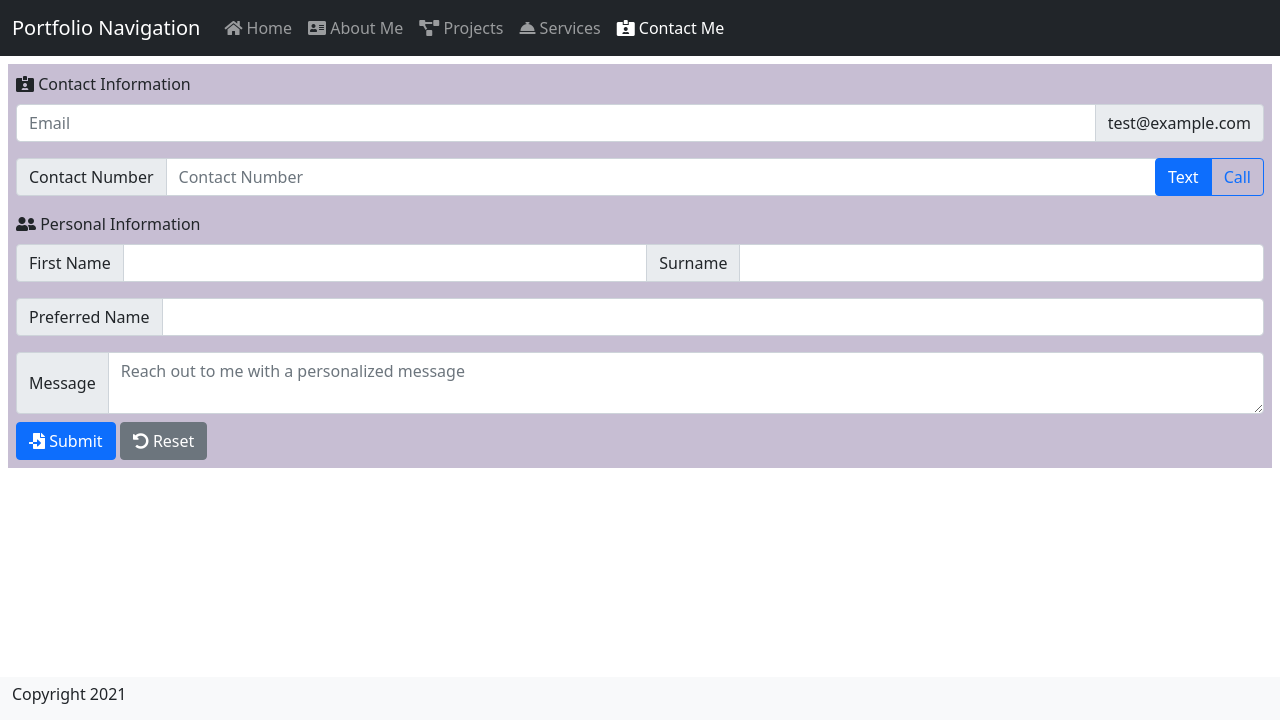
Repository: GarlicButterBoy/Portfolio
Page: contact.html
These files come from the project's save history. The page is drawn as it stood at one moment and after a run of saves; the edit follows.
The browser window is 1280 px wide. The page is 1284 px wide, so the pictures cover 1284 px, including what lies to the right of the window. The pictures show the whole page.

Above is the page before, as saved 2021-06-09 13:27:59.

### contact.html
<!DOCTYPE html>
<html lang="en">
<head>
    <meta charset="UTF-8">
    <meta http-equiv="X-UA-Compatible" content="IE=edge">
    <meta name="viewport" content="width=device-width, initial-scale=1.0">
    <title>Nick Sturch-Flint Portfolio</title>
    <link rel="stylesheet" href="./node_modules/bootstrap/dist/css/bootstrap.min.css">
    <link rel="stylesheet" href="./node_modules/@fortawesome/fontawesome-free/css/all.min.css">
    <link rel="stylesheet" href="./Content/app.css">
</head>
<body>
  <!-- Main Navigation -->
    <nav class="navbar navbar-expand-lg navbar-dark bg-dark">
        <div class="container-fluid">
          <a class="navbar-brand" href="#">Portfolio Navigation</a>
          <button class="navbar-toggler" type="button" data-bs-toggle="collapse" data-bs-target="#navbarNavAltMarkup" aria-controls="navbarNavAltMarkup" aria-expanded="false" aria-label="Toggle navigation">
            <span class="navbar-toggler-icon"></span>
          </button>
          <div class="collapse navbar-collapse" id="navbarNavAltMarkup">
            <div class="navbar-nav ml-auto">
              <a id="home" class="nav-link" aria-current="page" href="index.html"><i class="fas fa-home"></i> Home</a>
              <a id="about" class="nav-link" href="about.html"><i class="fas fa-address-card"></i> About Me</a>
              <a id="projects" class="nav-link" href="projects.html"><i class="fas fa-project-diagram"></i> Projects</a>
              <a id="services" class="nav-link" href="services.html"><i class="fas fa-concierge-bell"></i> Services</a>
              <a id="contact" class="nav-link" href="contact.html"><i class="fas fa-id-card-alt"></i> Contact Me</a>
            </div>
          </div>
        </div>
      </nav>
      <!-- End of Main Navigation -->

      <main class="containrer p-2">
        <div class="row">
          <div class="col">
            <div class="jumbotron p-2" id="contentArea">
              <label for="basic-url" class="form-label"><i class="fas fa-id-card-alt"></i> Contact Information</label>
              <div class="input-group mb-3">
                <input type="email" class="form-control" placeholder="Email" aria-label="Email" aria-describedby="basic-addon2">
                <span class="input-group-text" id="basic-addon2">test@example.com</span>
              </div>

              <div class="input-group mb-3">
                <span class="input-group-text" id="basic-addon2">Contact Number</span>
                <input type="tel" class="form-control" placeholder="Contact Number" aria-label="Contact Number" aria-describedby="basic-addon2">

                <div class="btn-group" role="group" aria-label="Basic radio toggle button group">
                  <input type="radio" class="btn-check" name="btnradio" id="btnradio1" autocomplete="off" checked>
                  <label class="btn btn-outline-primary" for="btnradio1">Text</label>

                  <input type="radio" class="btn-check" name="btnradio" id="btnradio2" autocomplete="off">
                  <label class="btn btn-outline-primary" for="btnradio2">Call</label>
                </div>

              </div>

              <label for="basic-url" class="form-label"><i class="fas fa-user-friends"></i> Personal Information</label>
              <div class="input-group mb-3">
                <span class="input-group-text" id="basic-addon3">First Name</span>
                <input type="text" class="form-control" id="basic-url" aria-describedby="basic-addon3">

                <span class="input-group-text">Surname</span>
                <input type="text" class="form-control" aria-label="Surname">
              </div>

              <div class="input-group mb-3">
                <span class="input-group-text">Preferred Name</span>
                <input type="text" class="form-control" aria-label="Preferred Name">
              </div>



              <div class="input-group">
                <span class="input-group-text">Message</span>
                <textarea class="form-control" placeholder="Reach out to me with a personalized message" aria-label="Message"></textarea>
              </div>
              <button class="btn btn-primary mt-2" id="submitButton"><i class="fas fa-file-import"></i> Submit</button>
              <button class="btn btn-secondary mt-2" id="resetButton"><i class="fas fa-undo-alt"></i> Reset</button>
            </div>
          </div>
        </div>
      </main>


      <footer>
        <nav class="navbar fixed-bottom navbar-light bg-light">
          <div class="container-fluid">
            <h6>Copyright 2021</h6>
          </div>
        </nav>
      </footer>

      <!-- Third Party Libraries -->
      <script src="./node_modules/jquery/dist/jquery.min.js"></script>
      <script src="./node_modules/bootstrap/dist/js/bootstrap.min.js"></script>

      <!-- Third Party Libraries -->
    <script src="./Scripts/app.js"></script>
</body>
</html>

### Content/app.css
.jumbotron {
    background-color: #c7bed3;
  }

### Scripts/app.js
"use strict";

//IIFE - Immediately Invoked Function Expression
// OR - Anonymous Self Executing Function
(function()
{
    //declare function variables here...
    console.log("%cDeclaring Variables", "color:blue");

    /**
     * Variable Initialization in this function
     */
    function Start()
    {
        console.log("%cInitializing Variables", "color:green");

        PageSwitcher();

        Main();
    }

    function PageSwitcher()
    {
        let name = window.location.pathname; //returns full .html page name
        let pageName = name.substring(1, name.length - 5); //returns page name without the first / and the final .html


        switch(pageName)
        {
            case "index":
                DisplayHome();

                break;
            case "about":
                DisplayAbout();
                break;
            case "projects":
                DisplayProjects();
                break;
            case "services":
                DisplayServices();
                break;
            case "contact":
                DisplayContact();
                break;
            default:
                console.error("Page Not Found");
                break;
        }

        $("#"+pageName).addClass("active"); //makes the active page link highlighted
    }

    function DisplayHome()
    {
        document.getElementById("home").className = "nav-link active";
         $("button").on("click", () => {
              location.href = "projects.html";
         });
    }

    function DisplayAbout()
    {

    }

    function DisplayProjects()
    {

    }

    function DisplayServices()
    {

    }

    function DisplayContact()
    {

    }

    /**
     * Main program Entry point is here
     */
    function Main()
    {
        console.log("%cMain Program Starting", "color:orange");

    }

    window.addEventListener("load", Start);
})();

Loaded but not shown: node_modules/bootstrap/dist/css/bootstrap.min.css (library); node_modules/@fortawesome/fontawesome-free/css/all.min.css (library); node_modules/jquery/dist/jquery.min.js (library); node_modules/bootstrap/dist/js/bootstrap.min.js (library)

After the next 3 saves:
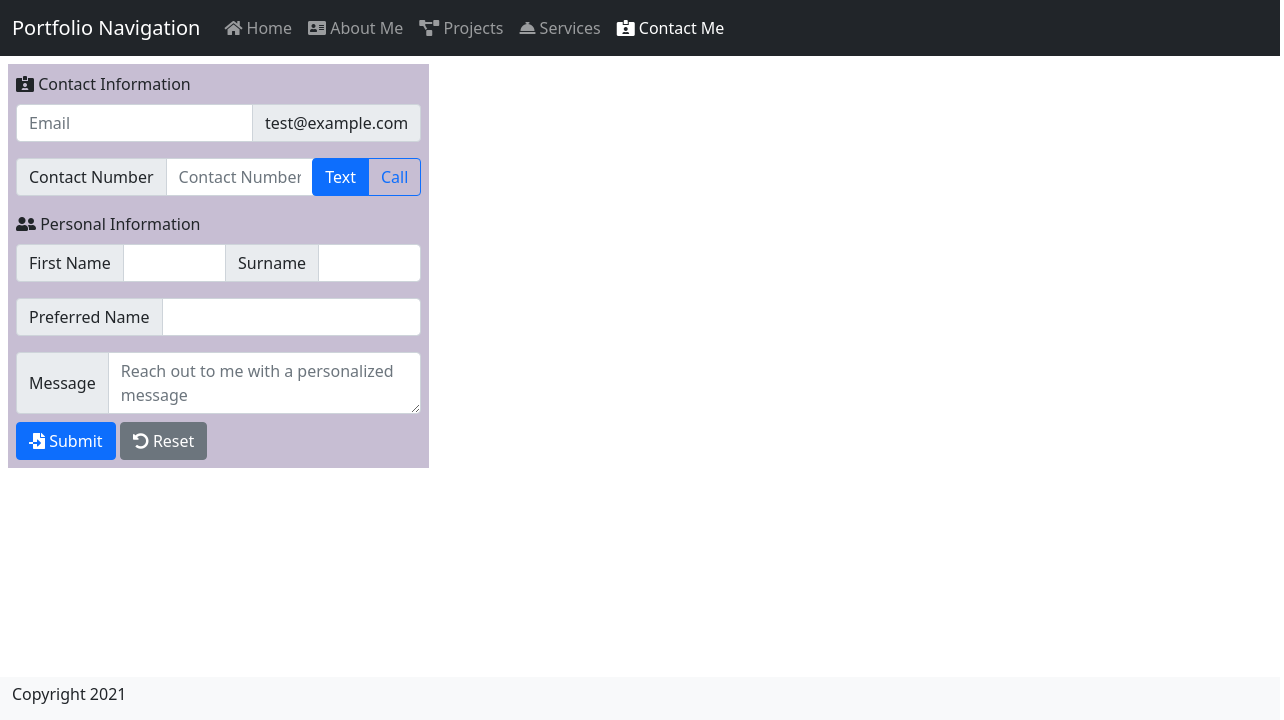
The 3 saves are shown as one change because they came seconds apart.
The last was saved 8 s later.
--- a/contact.html
+++ b/contact.html
@@ -33,7 +33,7 @@
       <main class="containrer p-2">
         <div class="row">
           <div class="col">
-            <div class="jumbotron p-2" id="contentArea">
+            <div class="jumbotron p-2 col-md-4" id="contentArea">
               <label for="basic-url" class="form-label"><i class="fas fa-id-card-alt"></i> Contact Information</label>
               <div class="input-group mb-3">
                 <input type="email" class="form-control" placeholder="Email" aria-label="Email" aria-describedby="basic-addon2">

After the save that followed:
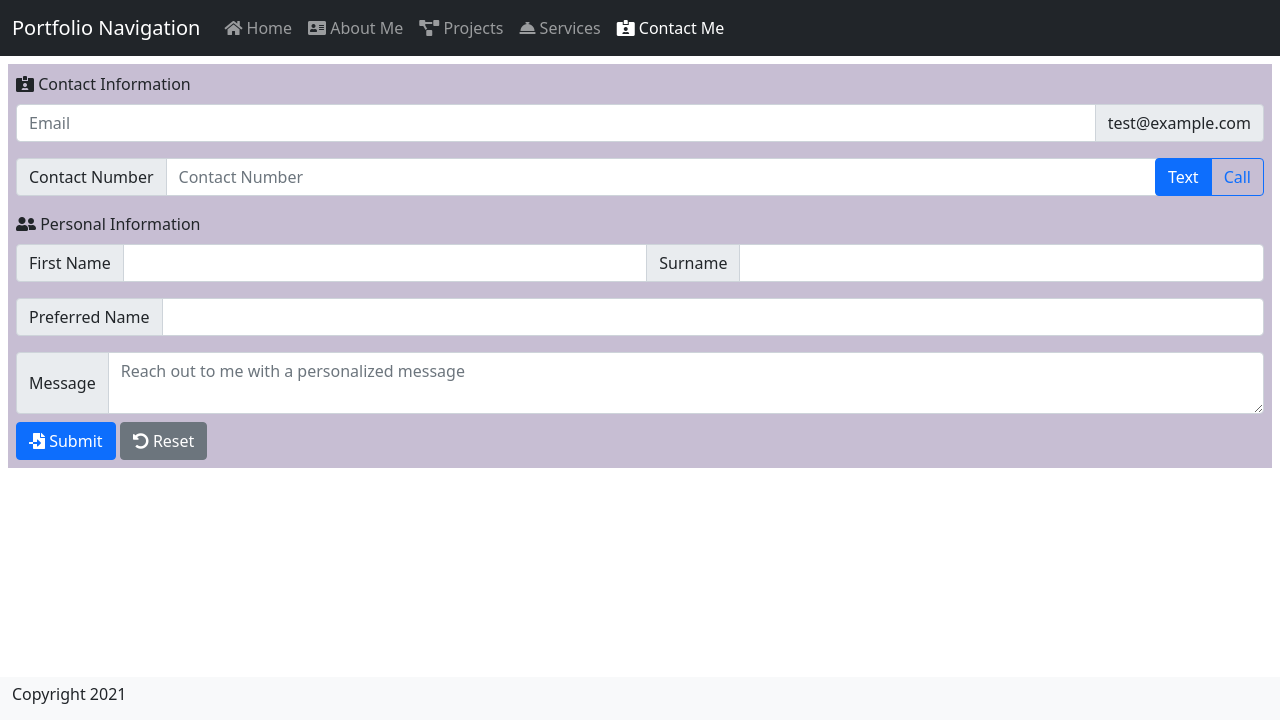
Saved 28 s later.
--- a/contact.html
+++ b/contact.html
@@ -33,7 +33,7 @@
       <main class="containrer p-2">
         <div class="row">
           <div class="col">
-            <div class="jumbotron p-2 col-md-4" id="contentArea">
+            <div class="jumbotron p-2" id="contentArea">
               <label for="basic-url" class="form-label"><i class="fas fa-id-card-alt"></i> Contact Information</label>
               <div class="input-group mb-3">
                 <input type="email" class="form-control" placeholder="Email" aria-label="Email" aria-describedby="basic-addon2">
